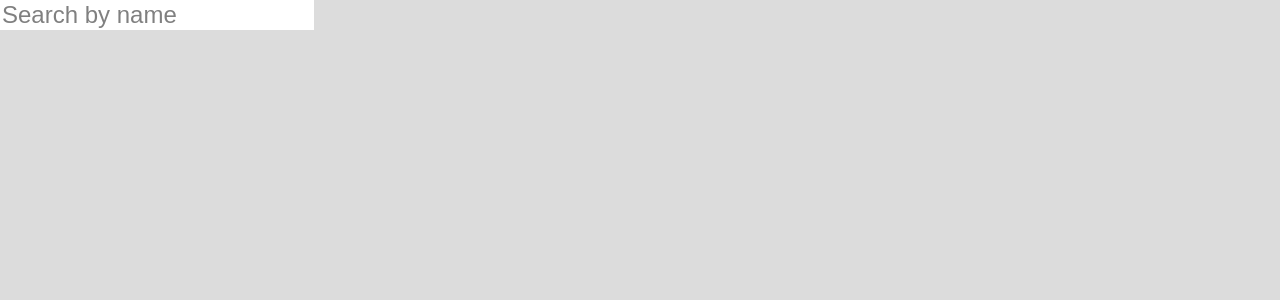
Repository: randysteele/randy-steele-hatchways-assessment-frontend
Page: /
The author's editor kept a copy of each file at every save. The page is drawn from the files as they stood at one save, then again after the next save.
The browser window is 1280 px wide. The pictures show the whole page.
The page's requests for data from a server got no answer. The project was rebuilt for these pictures with package versions that can differ from the ones it lists, and the page was loaded fresh each time. No one was signed in, and anything a server would have sent is missing.

Above is the page before, as saved 2020-11-27 14:34:29.

After the next save:
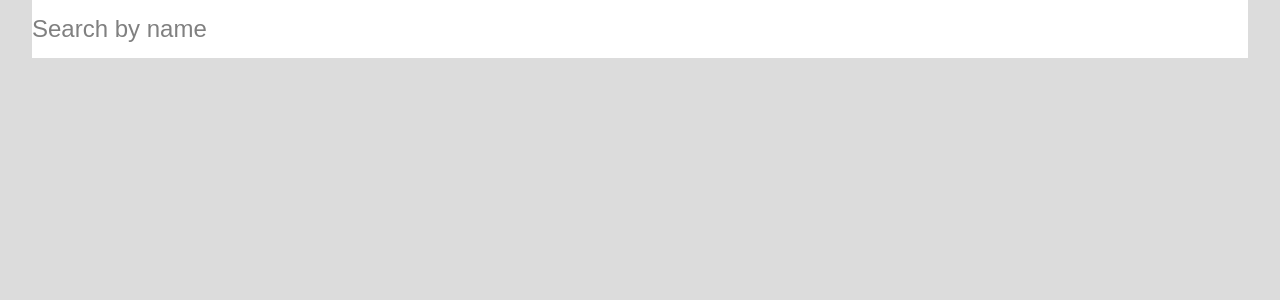
Saved 94 s later.
--- a/src/StudentList.js
+++ b/src/StudentList.js
@@ -56,7 +56,10 @@ state = {
                 {this.state.students.map(student => <li> {student.pic} {student.firstName} {student.lastName} <br></br> Email: {student.email} <br></br>Company: {student.company} <br></br>Skill: {student.skill} <br></br> </li>)}
                 {/* Average: {this.props.students.average} */}
                 {/* {this.state.students.grades.reduce((previous, current) => current += previous / this.state.students.grades.length)} */}
+                <form action="" className="searchForm">
                 <input type="text" placeholder="Search by name" onChange={this.handleNameChange}/>
+
+                </form>
             </div>
         )
 
